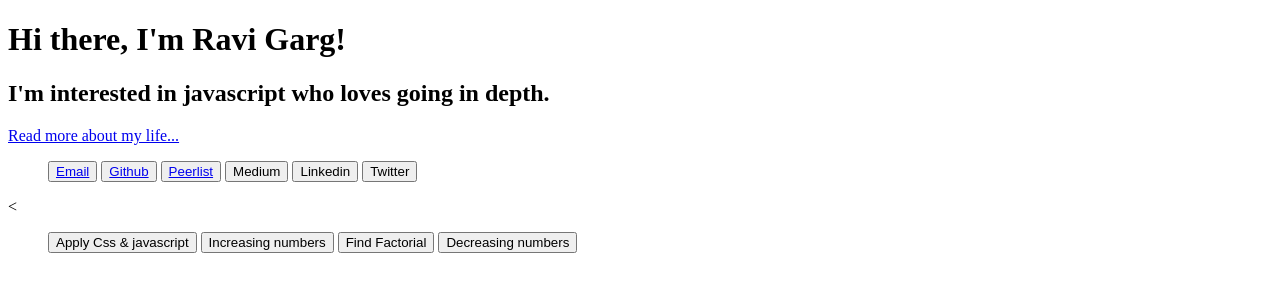
Repository: ravigarg001/musafir
Page: index.html
The author's editor kept a copy of each file at every save. The page is drawn from the files as they stood at one save, then again after a run of saves.
The browser window is 1280 px wide. The pictures show the whole page.

Above is the page before, as saved 2022-05-02 09:18:08.

After the next 2 saves:
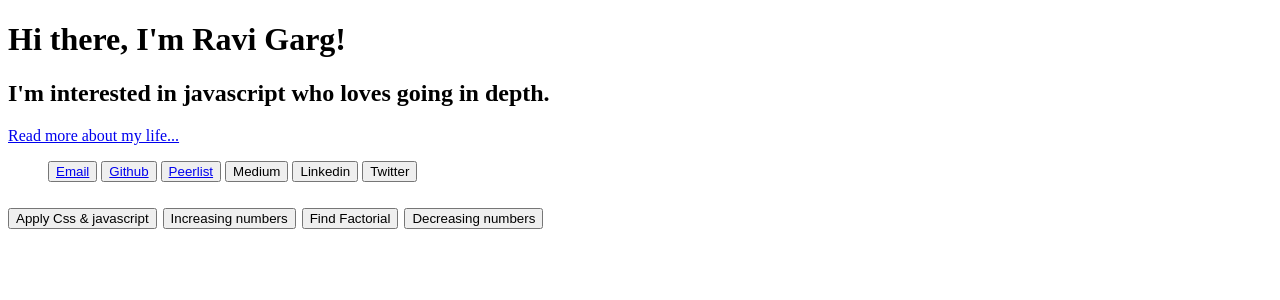
The 2 saves are shown as one change because they came seconds apart.
The last was saved 7 s later.
--- a/index.html
+++ b/index.html
@@ -23,7 +23,7 @@
   <button><a>Twitter</a></button><br>
 </ul>
 </footer>
-<
+<h2
 <ul>
   <button class="cssAdder" onclick="addCssAndJs()">Apply Css & javascript</button>
   <button onclick="inputNumber1()">Increasing numbers </button>
